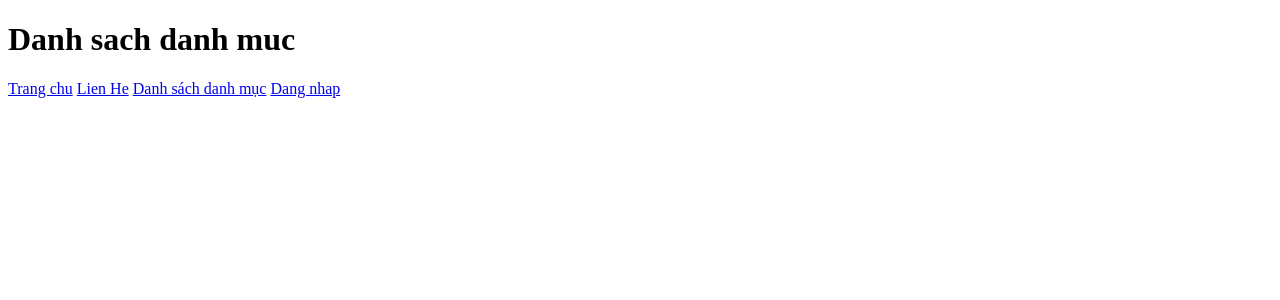
Repository: iamwind-dev/PHP
Page: http://localhost/tuan3/danhsachdanhmuc.php
The author's editor kept a copy of each file at every save. The page is drawn from the files as they stood at one save, then again after the next save.
The browser window is 1280 px wide. The pictures show the whole page.
The page is run by PHP 8.4 with error messages shown; the project is at /var/www/html/. Queries for data that is not in the repository find no rows.

Above is the page before, as saved 2023-09-22 15:58:34.

After the next save:
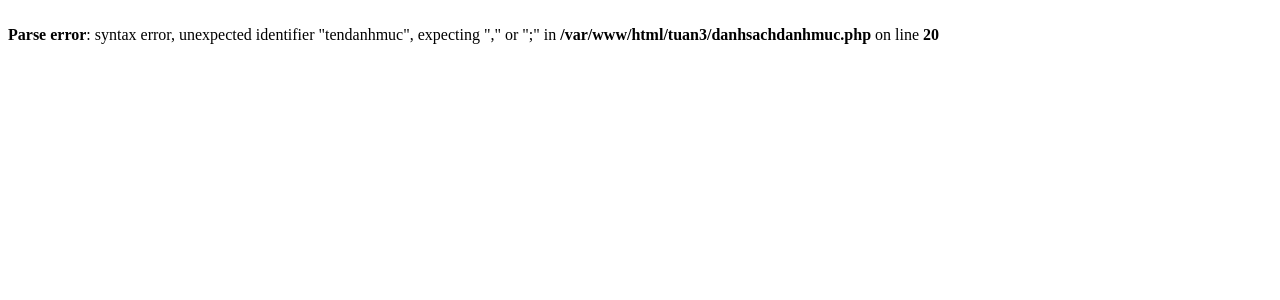
Saved 8 s later.
--- a/tuan3/danhsachdanhmuc.php
+++ b/tuan3/danhsachdanhmuc.php
@@ -17,7 +17,7 @@
     $kq=mysqli_query($conn,$sql);
     while ($row=mysqli_fetch_array($kq)){
         echo $row['id'];
-        echo $row['tendanhmuc'].'<a href="danhsachsanpham.php?iddm='.$row['id'].'">.</a>';
+        echo $row['tendanhmuc'].'<a href="danhsachsanpham.php?iddm='.$row['id'].'">.$row['tendanhmuc']</a>';
         echo '<hr>';
     }
 ?>
